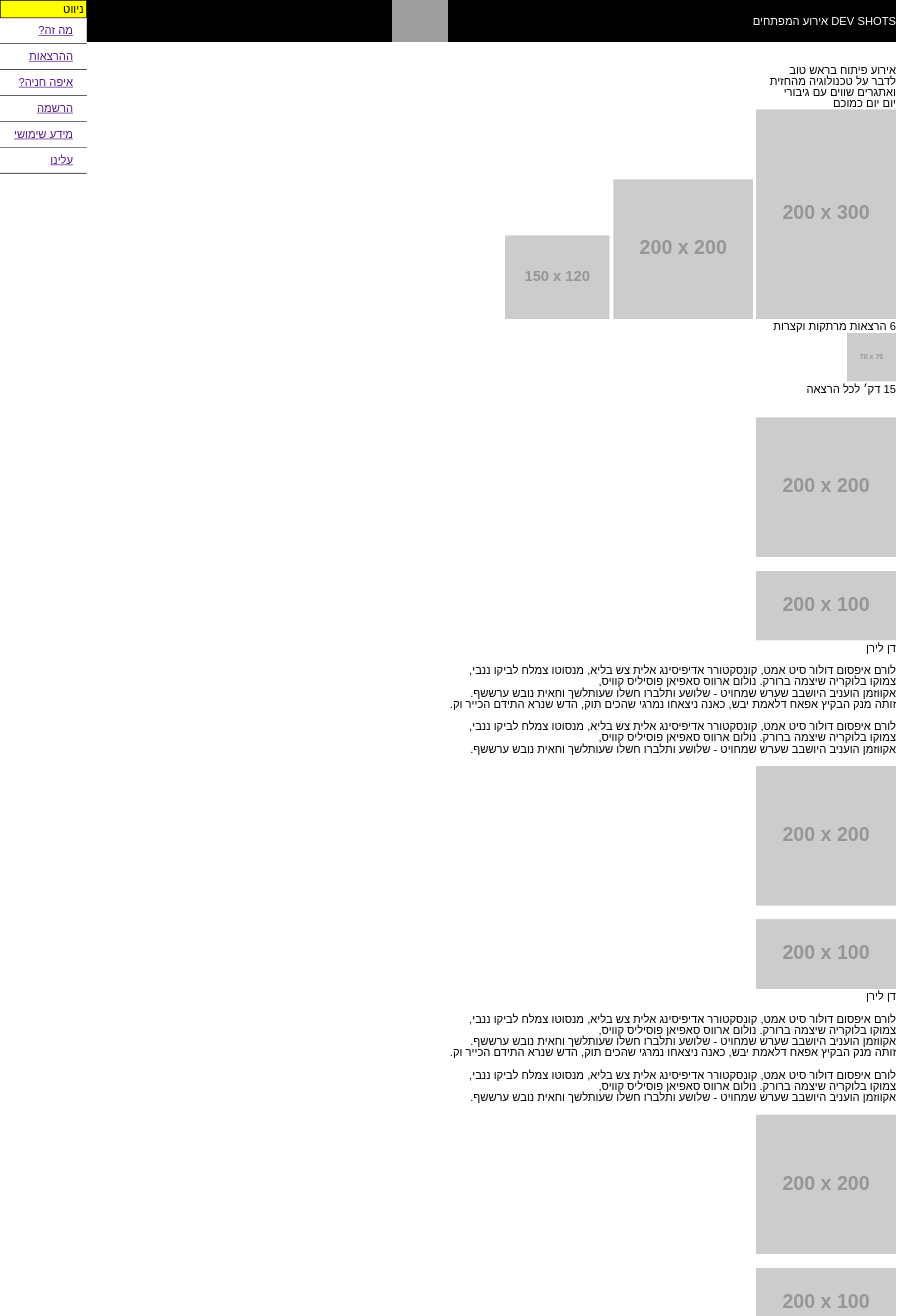
Repository: Julian-Escobar/DevShots
Page: index.html
These files come from the project's save history. The page is drawn as it stood at one moment and after the next save; the edit follows.
The browser window is 1280 px wide. The page is 1280 px wide, then 1300 px, then 1280 px, so the pictures cover 1300 px, including what lies to the right of the window. The pictures show the part of the page from y = 0 to 1880 px (the page is 5922 px tall), at 70% of full size.
Pictures or frames that could not be fetched are drawn as grey boxes.

Above is the page before, as saved 2018-08-28 18:52:29.

After the next save:
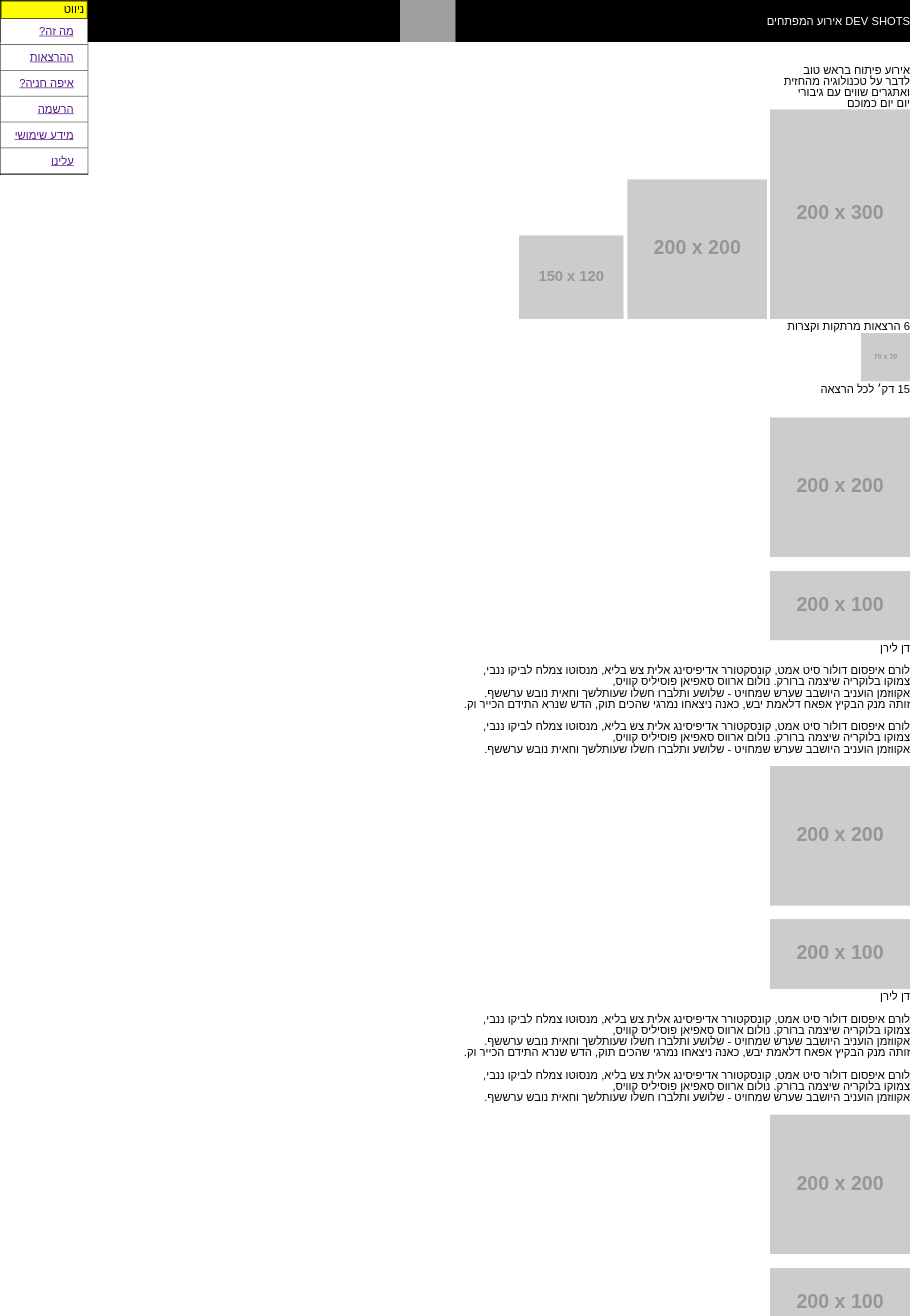
Saved 49 s later.
--- a/style.css
+++ b/style.css
@@ -50,6 +50,20 @@
 
 
 
+html {
+    -moz-box-sizing: border-box;
+    box-sizing: border-box;
+}
+
+ul {
+    list-style: none;
+  }
+
+*,
+*:before,
+*:after {
+    box-sizing: inherit;
+}
 
 @font-face {
     font-family: 'Rubik', sans-serif;
@@ -62,7 +76,7 @@
 
 }
 .conteiner1{
-    width: 100%;
+    width: 1300px;
     display: flex;
     justify-content: space-between;
     align-content: center;
@@ -73,7 +87,7 @@
 }
 header {
     background-color: black;
-    width: 1300px;
+    width: 100%;
     display: flex;
     justify-content: space-between;
     align-content: center;
@@ -95,7 +109,7 @@
         padding: 4px;
         border: 1px solid black
     }
-    .clearfix {
+    .dropdownnav {
         border: 1px solid black;
         float: left;
     }

After the save that followed:
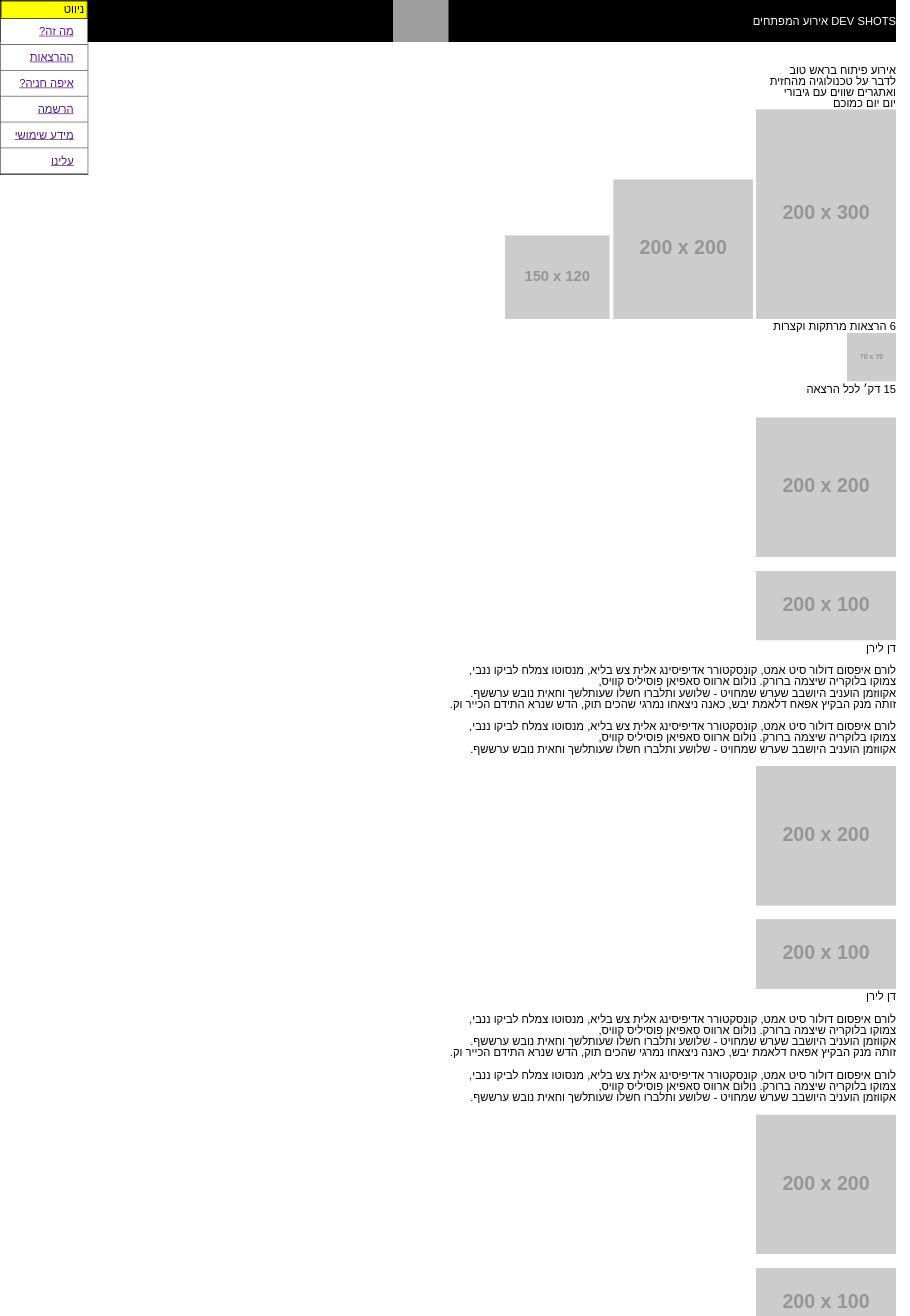
Saved 14 s later.
--- a/style.css
+++ b/style.css
@@ -50,20 +50,6 @@
 
 
 
-html {
-    -moz-box-sizing: border-box;
-    box-sizing: border-box;
-}
-
-ul {
-    list-style: none;
-  }
-
-*,
-*:before,
-*:after {
-    box-sizing: inherit;
-}
 
 @font-face {
     font-family: 'Rubik', sans-serif;
@@ -76,7 +62,7 @@
 
 }
 .conteiner1{
-    width: 1300px;
+    width: 100%;
     display: flex;
     justify-content: space-between;
     align-content: center;
